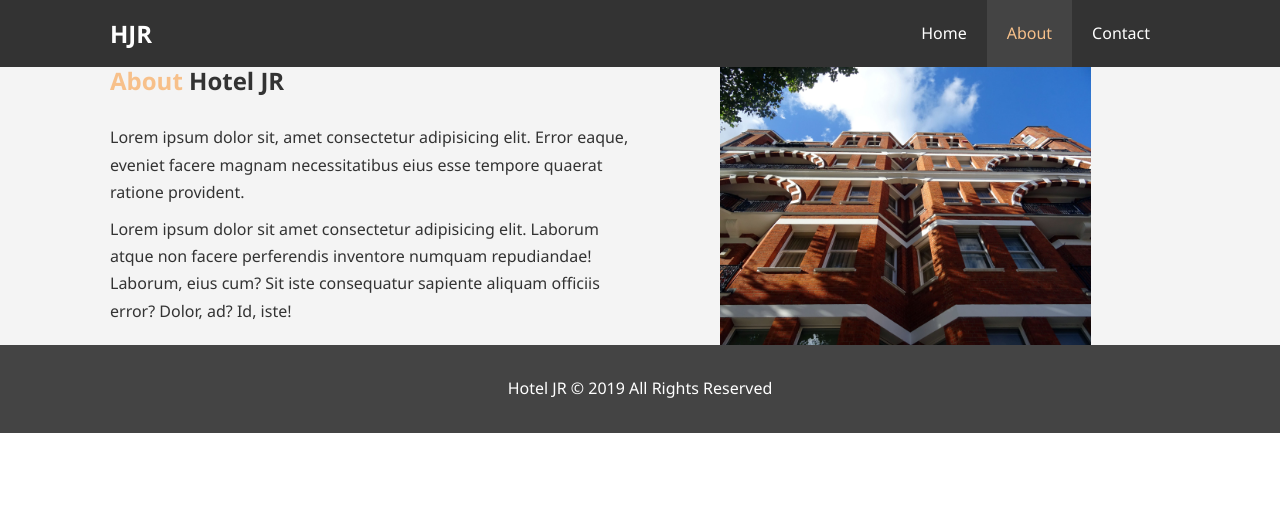
Repository: dimlutine/Hotel-Project
Page: about.html
These files come from the project's save history. The page is drawn as it stood at one moment and after the next save; the edit follows.
The browser window is 1280 px wide. The pictures show the whole page.

Above is the page before, as saved 2019-07-05 22:50:01.

After the next save:
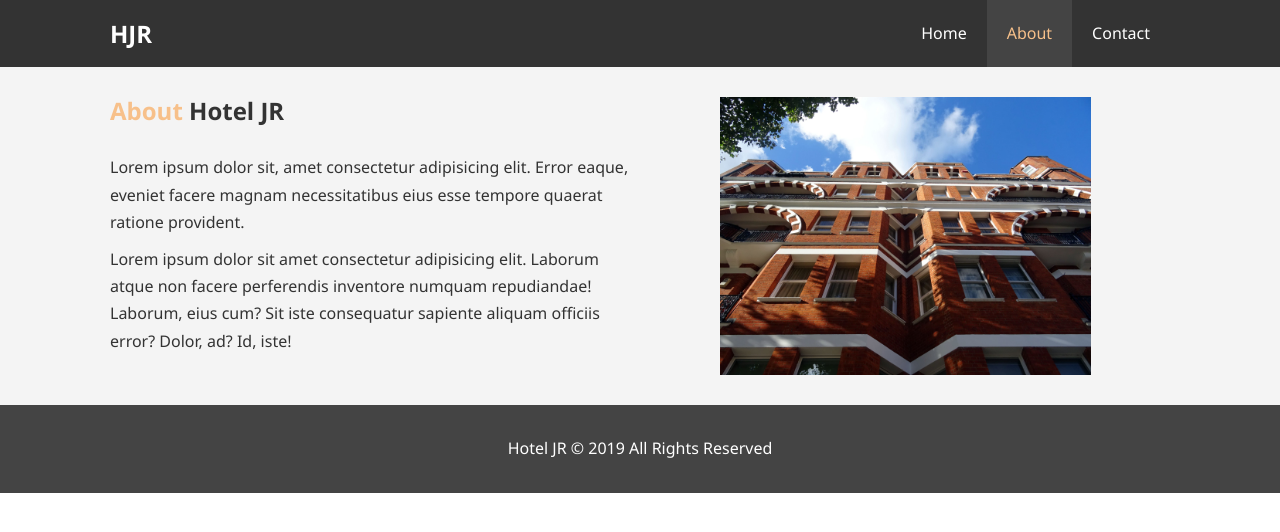
Saved 9 s later.
--- a/about.html
+++ b/about.html
@@ -26,7 +26,7 @@
         </nav>
 
     </header>
-    <section id="about-info" class="bg-light">
+    <section id="about-info" class="bg-light py-3">
         <div class="container">
             <div class="info-left">
                 <h1><span class="text-primary">About</span> Hotel JR</h1>
